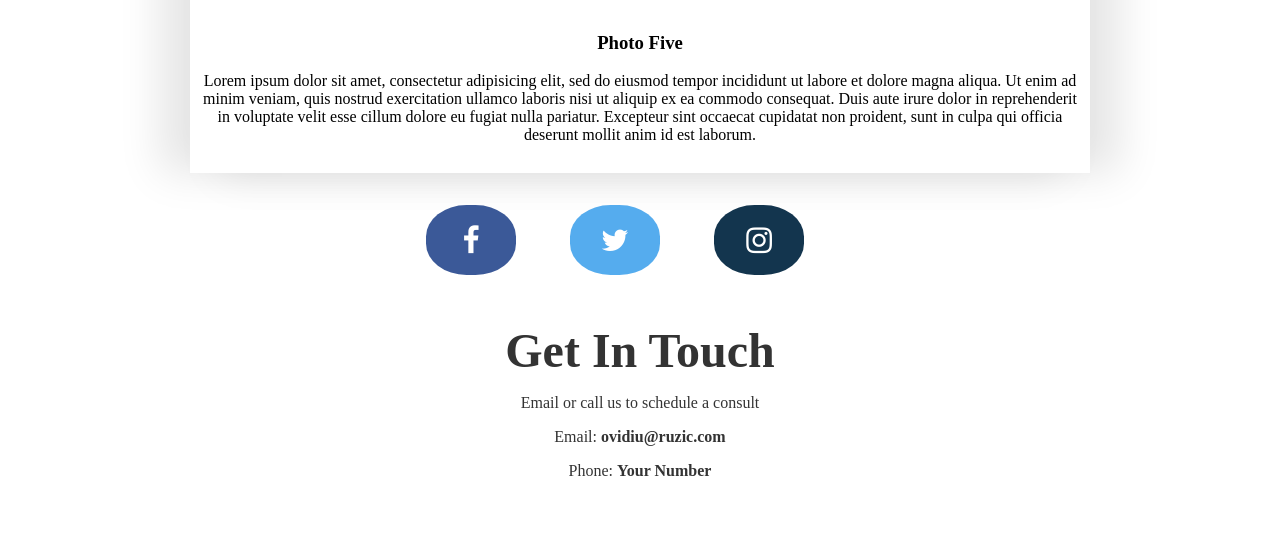
Repository: konstantin0s/mobile-photography
Page: index.html
The author's editor kept a copy of each file at every save. The page is drawn from the files as they stood at one save, then again after the next save.
The browser window is 1280 px wide. The pictures show the part of the page from y = 4062 to 4710 px (the page is 4598 px tall before and 4710 px after).

Above is the page before, as saved 2019-05-11 14:49:19.

After the next save:
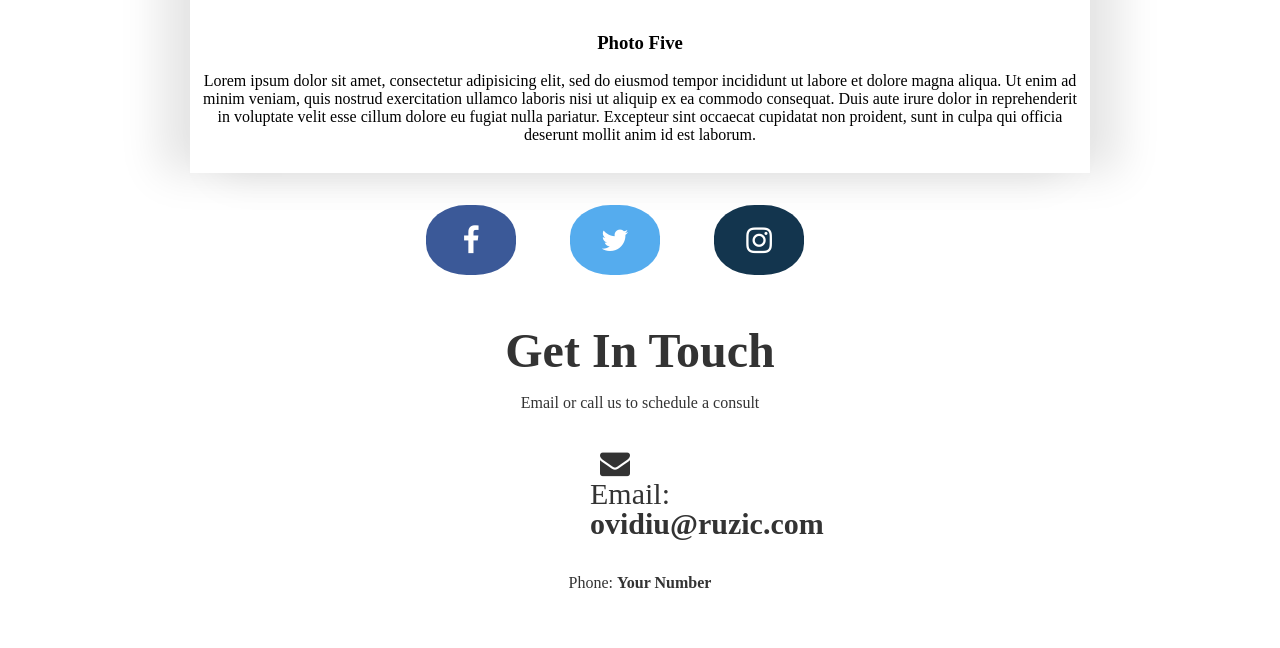
Saved 3 min 14 s later.
--- a/index.html
+++ b/index.html
@@ -86,7 +86,10 @@
 
   <h3>Get In Touch</h3>
   <p>Email or call us to schedule a consult</p>
-  <p>Email: <strong>ovidiu@ruzic.com</strong></p>
+  <p><i class="fa fa-envelope" aria-hidden="true">
+      Email: <strong>ovidiu@ruzic.com</strong>
+  </i>
+  </p>
   <p>Phone: <strong>Your Number</strong></p>
 </footer>
 <script
